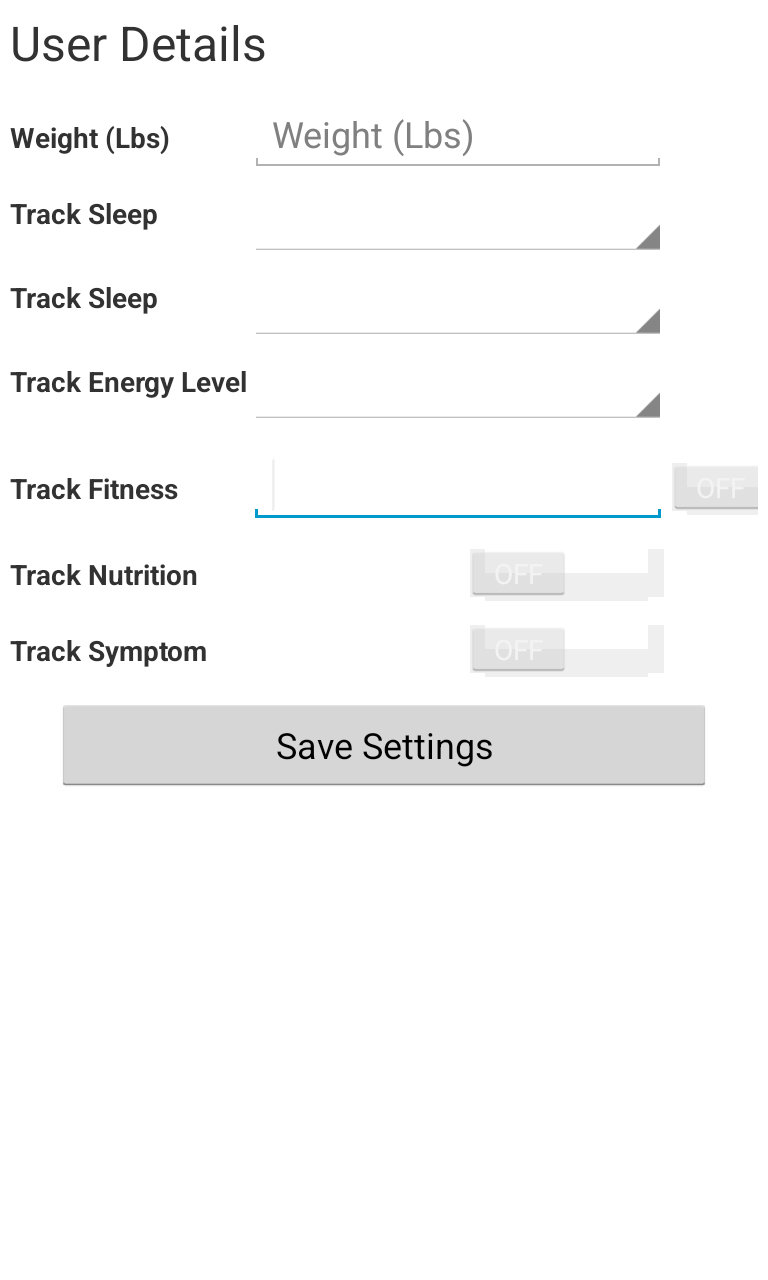
Repository: dillonyoung/CPD4493
Layout: TraCare/res/layout/addentry.xml
The author's editor kept a copy of each file at every save. The layout is drawn from the files as they stood at one save, then again after the next save.
It is drawn on a 768 x 1280 px phone screen (xhdpi) without system bars, with theme AppTheme; the app's code is not run.

Above is the layout before, as saved 2013-04-05 23:30:18.

### TraCare/res/layout/addentry.xml
<?xml version="1.0" encoding="utf-8"?>
<ScrollView xmlns:android="http://schemas.android.com/apk/res/android"
    android:layout_width="fill_parent"
    android:layout_height="fill_parent" >

    <TableLayout
        android:id="@+id/TableLayout1"
        android:layout_width="match_parent"
        android:layout_height="wrap_content" >

        <TableRow
            android:id="@+id/tableRow1"
            android:layout_width="wrap_content"
            android:layout_height="wrap_content"
            android:padding="5dip" >

            <TextView
                android:id="@+id/textView1"
                android:layout_width="wrap_content"
                android:layout_height="wrap_content"
                android:layout_span="2"
                android:text="@string/user_details"
                android:textSize="24sp" />
        </TableRow>


        <TableRow
            android:id="@+id/tableRow4"
            android:layout_width="wrap_content"
            android:layout_height="wrap_content"
            android:padding="5dip" >

            <TextView
                android:id="@+id/textView3"
                android:layout_width="wrap_content"
                android:layout_height="wrap_content"
                android:text="@string/weight"
                android:textStyle="bold" />

            <EditText
                android:id="@+id/txtUserWeight"
                android:layout_width="wrap_content"
                android:layout_height="wrap_content"
                android:ems="6"
                android:hint="@string/weight"
                android:inputType="numberDecimal" />
        </TableRow>



        <TableRow
            android:id="@+id/tableRow7"
            android:layout_width="wrap_content"
            android:layout_height="wrap_content"
            android:padding="5dip" >

            <TextView
                android:id="@+id/textView6"
                android:layout_width="wrap_content"
                android:layout_height="wrap_content"
                android:text="@string/track_sleep"
                android:textStyle="bold" />

            <Spinner
                android:id="@+id/spinHours"
                android:layout_width="wrap_content"
                android:layout_height="wrap_content" />

        </TableRow>

                <TableRow
            android:id="@+id/tableRow7"
            android:layout_width="wrap_content"
            android:layout_height="wrap_content"
            android:padding="5dip" >

            <TextView
                android:id="@+id/textView6"
                android:layout_width="wrap_content"
                android:layout_height="wrap_content"
                android:text="@string/track_sleep"
                android:textStyle="bold" />

            <Spinner
                android:id="@+id/spinQualityofSleep"
                android:layout_width="wrap_content"
                android:layout_height="wrap_content" />

        </TableRow>

        <TableRow
            android:id="@+id/tableRow8"
            android:layout_width="wrap_content"
            android:layout_height="wrap_content"
            android:padding="5dip" >

            <TextView
                android:id="@+id/textView7"
                android:layout_width="wrap_content"
                android:layout_height="wrap_content"
                android:text="@string/track_energy_level"
                android:textStyle="bold" />

            <Spinner
                android:id="@+id/spinEnergyLevel"
                android:layout_width="wrap_content"
                android:layout_height="wrap_content" />

        </TableRow>

        <TableRow
            android:id="@+id/tableRow9"
            android:layout_width="wrap_content"
            android:layout_height="wrap_content"
            android:padding="5dip" >

            <TextView
                android:id="@+id/textView8"
                android:layout_width="wrap_content"
                android:layout_height="wrap_content"
                android:text="@string/track_fitness"
                android:textStyle="bold" />

            <EditText
                android:id="@+id/editText1"
                android:layout_width="wrap_content"
                android:layout_height="wrap_content"
                android:ems="10"
                android:inputType="textMultiLine" >

                <requestFocus />
            </EditText>

            <Switch
                android:id="@+id/switchFitness"
                android:layout_width="wrap_content"
                android:layout_height="wrap_content"
                android:text="" />
        </TableRow>

        <TableRow
            android:id="@+id/tableRow10"
            android:layout_width="wrap_content"
            android:layout_height="wrap_content"
            android:padding="5dip" >

            <TextView
                android:id="@+id/textView9"
                android:layout_width="wrap_content"
                android:layout_height="wrap_content"
                android:text="@string/track_nutrition"
                android:textStyle="bold" />

            <Switch
                android:id="@+id/switchNutrition"
                android:layout_width="wrap_content"
                android:layout_height="wrap_content"
                android:text="" />
        </TableRow>

                <TableRow
            android:id="@+id/tableRow11"
            android:layout_width="wrap_content"
            android:layout_height="wrap_content"
            android:padding="5dip" >

            <TextView
                android:id="@+id/textView10"
                android:layout_width="wrap_content"
                android:layout_height="wrap_content"
                android:text="@string/track_symptom"
                android:textStyle="bold" />

            <Switch
                android:id="@+id/switchSymptom"
                android:layout_width="wrap_content"
                android:layout_height="wrap_content"
                android:text="" />
        </TableRow>

        <TableRow
            android:id="@+id/tableRow12"
            android:layout_width="wrap_content"
            android:layout_height="wrap_content"
            android:gravity="center_horizontal"
            android:padding="5dip" >

            <Button
                android:id="@+id/btnSave"
                android:layout_width="wrap_content"
                android:layout_height="wrap_content"
                android:layout_span="2"
                android:text="@string/savesettings" />
        </TableRow>
    </TableLayout>

</ScrollView>

### TraCare/res/values/strings.xml
<?xml version="1.0" encoding="utf-8"?>
<resources>

    <string name="app_name">TraCare</string>
    <string name="action_settings">Settings</string>
    <string name="title_section1">Section 1</string>
    <string name="title_section2">Section 2</string>
    <string name="title_section3">Section 3</string>
    <string name="user_details">User Details</string>
    <string name="gender">Gender</string>
    <string name="male">Male</string>
    <string name="female">Female</string>
    <string name="weight">Weight (Lbs)</string>
    <string name="preferences">Preferences</string>
    <string name="track_weight">Track Weight</string>
    <string name="track_sleep">Track Sleep</string>
    <string name="track_energy_level">Track Energy Level</string>
    <string name="track_quality_of_sleep">Track Quality of Sleep</string>
    <string name="track_fitness">Track Fitness</string>
    <string name="track_nutrition">Track Nutrition</string>
    <string name="savesettings">Save Settings</string>
    <string name="yourname">Your name</string>
    <string name="track_symptom">Track Symptom</string>
    <string name="image"></string>
    <string name="menu_add_entry">Add Entry</string>
    <string name="menu_delete_entry">Delete Entry</string>

    <string-array name="hours_of_sleep">
        <item>0.0 Hours of Sleep</item>
        <item>0.5 Hours of Sleep</item>
        <item>1.0 Hours of Sleep</item>
        <item>1.5 Hours of Sleep</item>
        <item>2.0 Hours of Sleep</item>
        <item>2.5 Hours of Sleep</item>
        <item>3.0 Hours of Sleep</item>
        <item>3.5 Hours of Sleep</item>
        <item>4.0 Hours of Sleep</item>
        <item>4.5 Hours of Sleep</item>
        <item>5.0 Hours of Sleep</item>
        <item>5.5 Hours of Sleep</item>
        <item>6.0 Hours of Sleep</item>
        <item>6.5 Hours of Sleep</item>
        <item>7.0 Hours of Sleep</item>
        <item>7.5 Hours of Sleep</item>
        <item>8.0 Hours of Sleep</item>
        <item>8.5 Hours of Sleep</item>
        <item>9.0 Hours of Sleep</item>
        <item>9.5 Hours of Sleep</item>
        <item>10.0 Hours of Sleep</item>
        <item>10.5 Hours of Sleep</item>
        <item>11.0 Hours of Sleep</item>
        <item>11.5 Hours of Sleep</item>
        <item>12.0 Hours of Sleep</item>
        <item>12.5 Hours of Sleep</item>
        <item>13.0 Hours of Sleep</item>
        <item>13.5 Hours of Sleep</item>
        <item>14.0 Hours of Sleep</item>
        <item>14.5 Hours of Sleep</item>
        <item>15.0 Hours of Sleep</item>
        <item>15.5 Hours of Sleep</item>
        <item>16.0 Hours of Sleep</item>
        <item>16.5 Hours of Sleep</item>
        <item>17.0 Hours of Sleep</item>
        <item>17.5 Hours of Sleep</item>
        <item>18.0 Hours of Sleep</item>
        <item>18.5 Hours of Sleep</item>
        <item>19.0 Hours of Sleep</item>
        <item>19.5 Hours of Sleep</item>
        <item>20.0 Hours of Sleep</item>
        <item>20.5 Hours of Sleep</item>
        <item>21.0 Hours of Sleep</item>
        <item>21.5 Hours of Sleep</item>
        <item>22.0 Hours of Sleep</item>
        <item>22.5 Hours of Sleep</item>
        <item>23.0 Hours of Sleep</item>
        <item>23.5 Hours of Sleep</item>
    </string-array>
    <string-array name="energy_level">
        <item>Not Specified</item>
        <item>Terrible Energy Level</item>
        <item>Poor Energy Level</item>
        <item>Average Energy Level</item>
        <item>Good Energy Level</item>
        <item>Excellent Energy Level</item>
    </string-array>
    <string-array name="quality_of_sleep">
        <item>Not Specified</item>
        <item>Terrible Quality of Sleep</item>
        <item>Poor Quality of Sleep</item>
        <item>Average Quality of Sleep</item>
        <item>Good Quality of Sleep</item>
        <item>Excellent Quality of Sleep</item>
    </string-array>
    <string-array name="symptom_type">
        <item>Not Specified</item>
        <item>Other</item>
        <item>Abdominal Pain</item>
        <item>Chest Pain</item>
        <item>Constipation</item>
        <item>Cought</item>
        <item>Diarrea</item>
        <item>Dizziness</item>
        <item>Eye Discomfort</item>
        <item>Foot Pain</item>
        <item>Hip Pain</item>
        <item>Knee Pain</item>
        <item>Low Back Pain</item>
        <item>Nasal Congestion</item>
        <item>Nausea</item>
        <item>Neck Pain</item>
        <item>Numbness</item>
        <item>Shortness of Breath</item>
        <item>Shoulder Pain</item>
        <item>Sore Throat</item>
        <item>Vision Problems</item>
        <item>Wheezing</item>
    </string-array>

</resources>

Loaded but not shown: TraCare/res/values/styles.xml (common file); TraCare/res/values-v11/styles.xml (common file); TraCare/res/values-v14/styles.xml (common file)

After the next save:
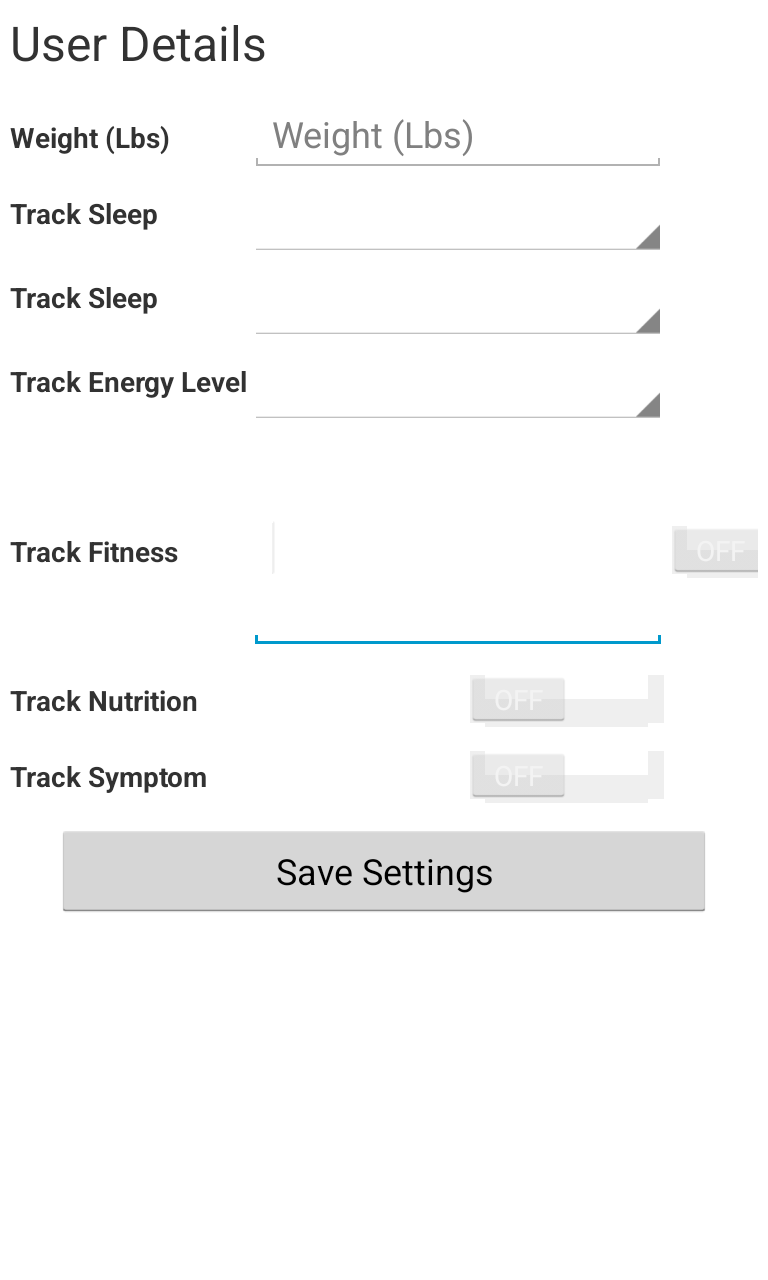
Saved 92 s later.
--- a/TraCare/res/layout/addentry.xml
+++ b/TraCare/res/layout/addentry.xml
@@ -126,7 +126,8 @@
                 android:layout_width="wrap_content"
                 android:layout_height="wrap_content"
                 android:ems="10"
-                android:inputType="textMultiLine" >
+                android:inputType="textMultiLine"
+                android:lines="4" >
 
                 <requestFocus />
             </EditText>
